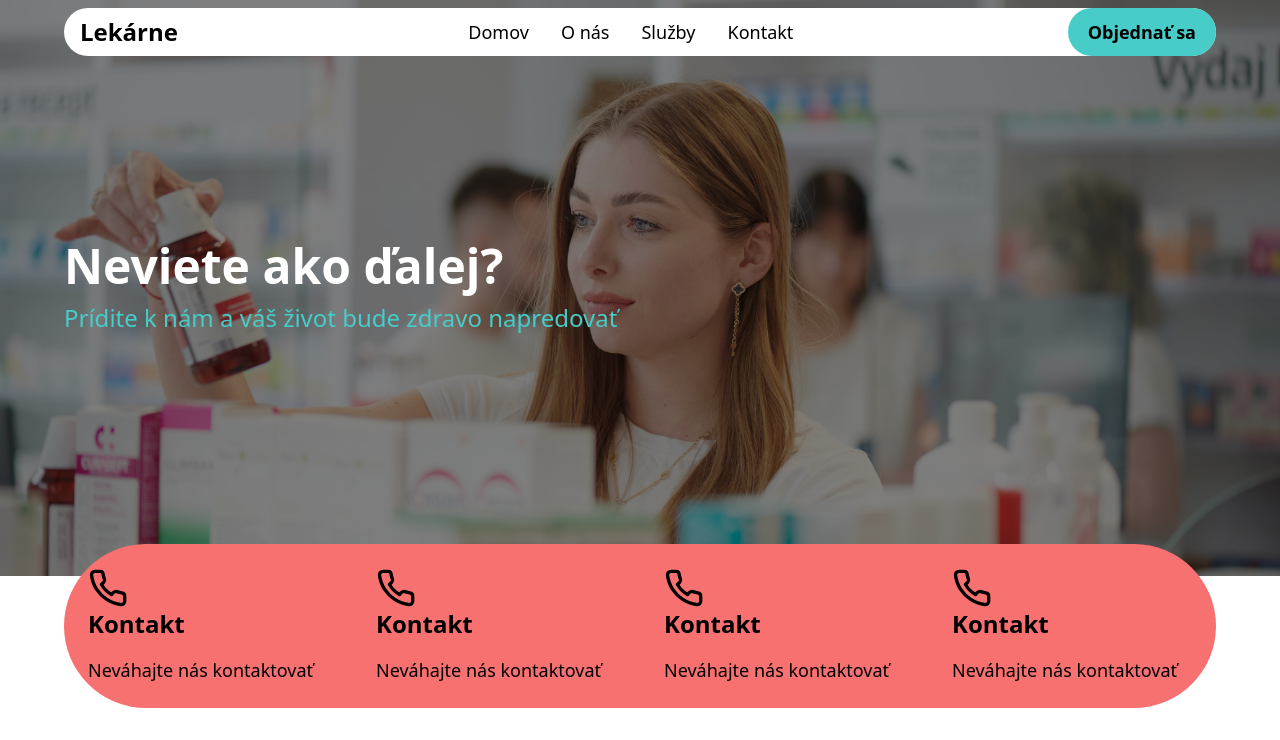
Repository: SimonSkoda13/Lekaren
Page: /
These files come from the project's save history. The page is drawn as it stood at one moment and after the next save; the edit follows.
The browser window is 1280 px wide. The pictures show the whole page.
The project was rebuilt for these pictures with package versions that can differ from the ones it lists, and the page was loaded fresh each time. The framework's server and built-in components were replaced by stand-ins that run in the browser. Also part of the build but not shown: next.config.js.

Above is the page before, as saved 2023-04-22 17:41:34.

### src/app/layout.tsx
import { Header } from "./components/Header/Header";
import "./globals.css";
import { Poppins } from "next/font/google";

export const metadata = {
  title: "Create Next App",
  description: "Generated by create next app",
};

export default function RootLayout({
  children,
}: {
  children: React.ReactNode;
}) {
  return (
    <html lang="en">
      <body className="bg-white min-h-[100vh]">
        <Header />
        <main>{children}</main>
        <footer></footer>
      </body>
    </html>
  );
}

### src/app/page.tsx
import Image from "next/image";
import { Inter } from "next/font/google";
import { HomeHero } from "./components/HomeHero/HomeHero";
import { Contact } from "./components/Contact/Contact";

const inter = Inter({ subsets: ["latin"] });

// page with

export default function Home() {
  return (
    <>
      <HomeHero
        title={"Neviete ako ďalej?"}
        image={"/homeBanner.jpg"}
        description={"Prídite k nám a váš život bude zdravo napredovať"}
      />
      <Contact
        items={[
          {
            title: "Kontakt",
            description: "Neváhajte nás kontaktovať",
            icon: "/contactIcon.svg",
          },
          {
            title: "Kontakt",
            description: "Neváhajte nás kontaktovať",
            icon: "/contactIcon.svg",
          },
          {
            title: "Kontakt",
            description: "Neváhajte nás kontaktovať",
            icon: "/contactIcon.svg",
          },
          {
            title: "Kontakt",
            description: "Neváhajte nás kontaktovať",
            icon: "/contactIcon.svg",
          },
        ]}
      />
    </>
  );
}

### src/app/components/Header/Header.tsx
import Link from "next/link";
import React from "react";

export interface HeaderProps {}

export const Header = (props: HeaderProps) => {
  const {} = props;
  return (
    <header className="cntn fixed w-full top-2 z-10">
      <div className="flex bg-white rounded-full">
        <h1 className="py-2 px-4 text-2xl font-bold">Lekárne</h1>
        <div className="py-2 px-4 flex gap-8 items-center mx-auto text-lg font-medium">
          <Link href="/">Domov</Link>
          <Link href="/onas">O nás</Link>
          <Link href="/sluzby">Služby</Link>
          <Link href="/kontakt">Kontakt</Link>
        </div>
        {/* button order self */}
        <div className="flex justify-center items-center px-5 p-0 bg-primary rounded-full text-lg font-bold">
          <Link href="/order">Objednať sa</Link>
        </div>
      </div>
    </header>
  );
};

### src/app/globals.css
@tailwind base;
@tailwind components;
@tailwind utilities;

@layer components {
  .cntn {
    @apply mx-auto px-4  max-w-screen-xl md:px-16;
  }
}

### src/app/components/HomeHero/HomeHero.tsx
import Image from "next/image";
import React from "react";
import { ImageGradient } from "./ImageGradient/ImageGradient";

export interface HomeHeroProps {
  title: string;
  image: string;
  description: string;
}

export const HomeHero = (props: HomeHeroProps) => {
  const { title, image, description } = props;
  return (
    <section className="relative h-[80vh] z-0 px-0">
      <div className="w-full h-full absolute left-0 top-0 ">
        {/* make filter for image to odd brightness from top biggest to bottom lowest */}
        <ImageGradient>
          <Image
            src={image}
            alt="Next.js logo"
            fill
            style={{
              objectFit: "cover",
              objectPosition: "center",
            }}
          />
        </ImageGradient>
      </div>
      <div className="cntn relative gap-3 h-full flex justify-center flex-wrap flex-col z-10">
        <h1 className="text-5xl font-bold text-white">{title}</h1>
        <p className="text-2xl text-primary">{description}</p>
      </div>
    </section>
  );
};

### src/app/components/Contact/Contact.tsx
import { Phone } from "lucide-react";
import Image from "next/image";
import React from "react";

export interface ContactProps {
  items?: {
    title: string;
    description: string;
    icon: string;
  }[];
}

export const Contact = (props: ContactProps) => {
  const { items } = props;
  return (
    <section className="cntn z-10 relative top-[-2rem]">
      <div className="w-full grid grid-cols-2 md:grid-cols-4 items-start bg-red-400 rounded-full">
        {items?.map((item) => (
          <div className="flex flex-col items-start gap-4 p-6">
            {/* <Image
            src={item.icon}
            alt={"contactIcon" + item.title}
            width={100}
            height={100}
          /> */}
            <div>
              <Phone size={40} />
              <h2 className="text-2xl font-bold">{item.title}</h2>
            </div>
            <p className="text-lg font-medium">{item.description}</p>
          </div>
        ))}
      </div>
    </section>
  );
};

### src/app/components/HomeHero/ImageGradient/ImageGradient.tsx
import React from "react";

export interface ImageGradientProps {
  children: React.ReactNode;
}

export const ImageGradient = (props: ImageGradientProps) => {
  const { children } = props;
  return (
    <div className="relative w-full h-full brightness-50 overflow-hidden z-10">
      <div className="absolute inset-0 z-10"></div>
      {children}
    </div>
  );
};

### tailwind.config.js
/** @type {import('tailwindcss').Config} */
module.exports = {
  content: [
    "./src/pages/**/*.{js,ts,jsx,tsx,mdx}",
    "./src/components/**/*.{js,ts,jsx,tsx,mdx}",
    "./src/app/**/*.{js,ts,jsx,tsx,mdx}",
  ],
  theme: {
    extend: {
      colors: {
        primary: "#47CCC8",
        secondary: "#2D3663",
      },
    },
  },
  plugins: [],
};

Loaded but not shown: src/app/api/hello/route.ts (common file)

After the next save:
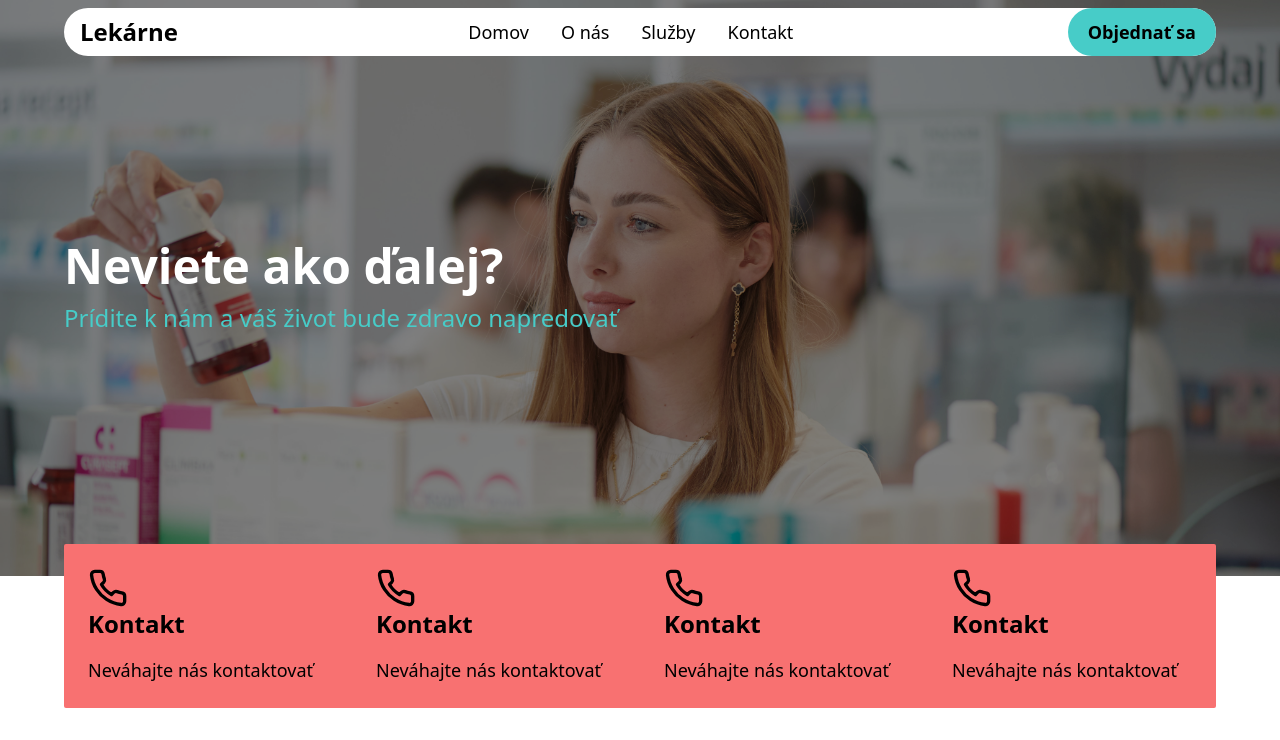
Saved 9 s later.
--- a/src/app/components/Contact/Contact.tsx
+++ b/src/app/components/Contact/Contact.tsx
@@ -14,7 +14,7 @@ export const Contact = (props: ContactProps) => {
   const { items } = props;
   return (
     <section className="cntn z-10 relative top-[-2rem]">
-      <div className="w-full grid grid-cols-2 md:grid-cols-4 items-start bg-red-400 rounded-full">
+      <div className="w-full grid grid-cols-2 md:grid-cols-4 items-start bg-red-400 rounded-sm">
         {items?.map((item) => (
           <div className="flex flex-col items-start gap-4 p-6">
             {/* <Image
